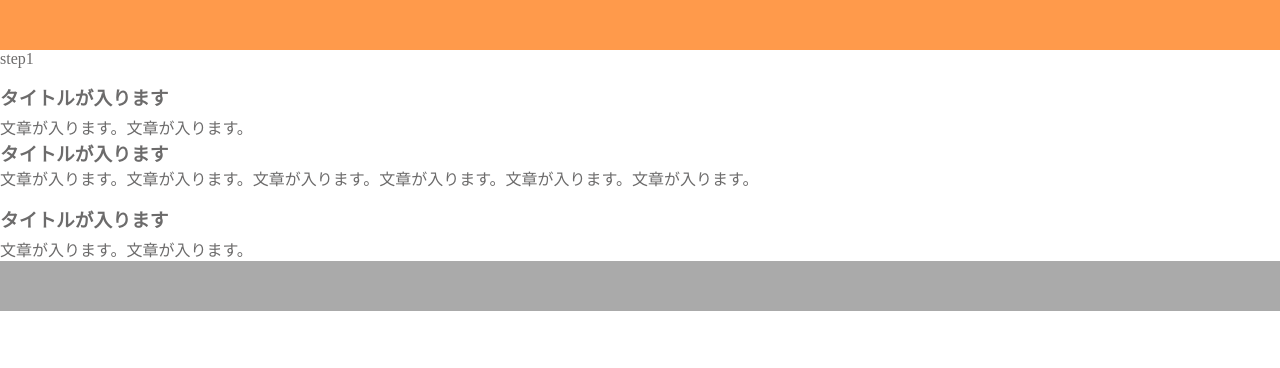
Repository: Yuki-Kawagoe/chapter4
Page: chapter9/index.html
The author's editor kept a record of every edit. The page is drawn from the files as they stood at one moment, then again after the next edit.
The browser window is 1280 px wide. The pictures show the whole page.

Above is the page before.

After the next edit:
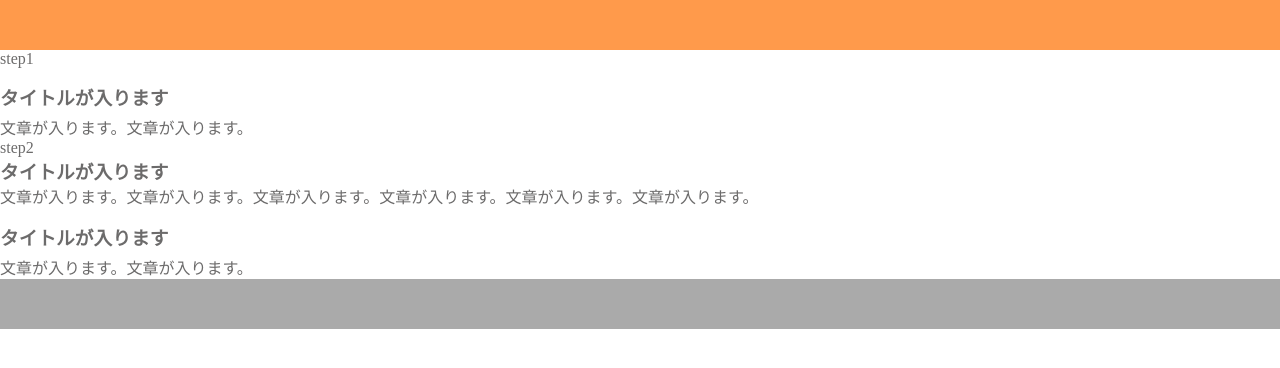
The edit:
--- a/chapter9/index.html
+++ b/chapter9/index.html
@@ -21,7 +21,7 @@
 
     <div class="step-box2">
       <div class="step-img">
-       <span class="step-num"></span>
+       <span class="step-num">step2</span>
 
         <h3 class="box-title">タイトルが入ります</h3>
           <p class="box-text">文章が入ります。文章が入ります。文章が入ります。文章が入ります。文章が入ります。文章が入ります。</p>
